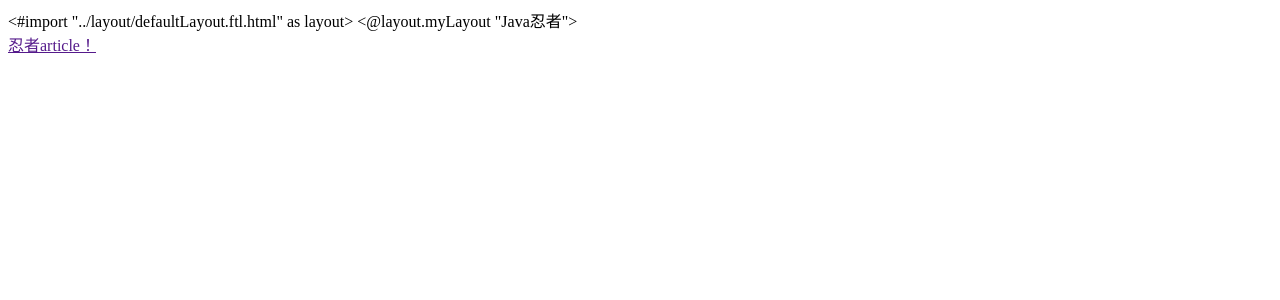
Repository: JavaProgrammerLB/JavaNinja
Page: firstNinjaProject/src/main/java/views/ApplicationControl/article.ftl.html
The author's editor kept a copy of each file at every save. The page is drawn from the files as they stood at one save, then again after the next save.
The browser window is 1280 px wide. The pictures show the whole page.

Above is the page before, as saved 2015-06-09 03:55:31.

After the next save:
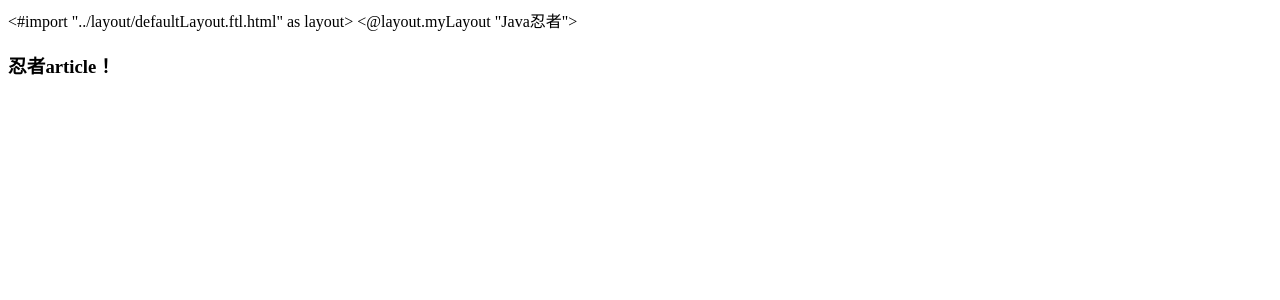
Saved 31 s later.
--- a/firstNinjaProject/src/main/java/views/ApplicationControl/article.ftl.html
+++ b/firstNinjaProject/src/main/java/views/ApplicationControl/article.ftl.html
@@ -1,6 +1,6 @@
 <#import "../layout/defaultLayout.ftl.html" as layout>
 <@layout.myLayout "Java忍者">
 	<div>
-		<a href="">忍者article！</a>
+		<h3 id="ninjaArticle">忍者article！</h3>
 	</div>
 </@layout.myLayout>
